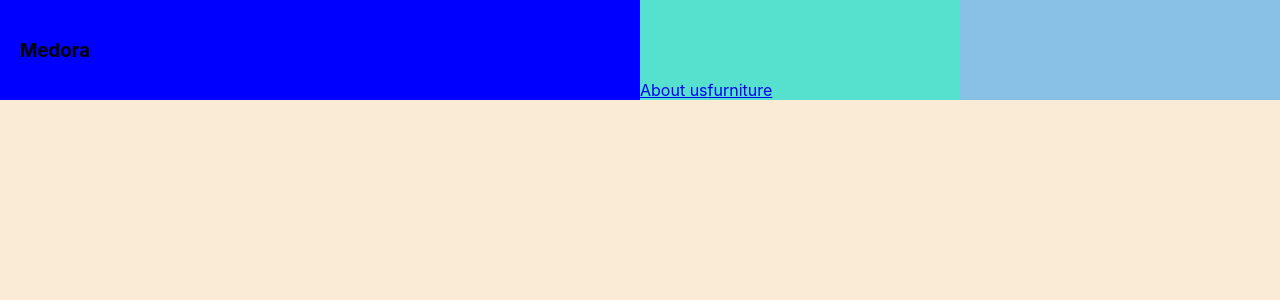
Repository: SbuKhoza/medora
Page: /
The author's editor kept a copy of each file at every save. The page is drawn from the files as they stood at one save, then again after the next save.
The browser window is 1280 px wide. The pictures show the whole page.
The project was rebuilt for these pictures with package versions that can differ from the ones it lists, and the page was loaded fresh each time.

Above is the page before, as saved 2024-07-09 13:59:42.

### src/App.js

import './App.css';

function App() {
  return (

   <div className='container'>


    <div className='navleft'>

      <div className='icondiv'>
      <h3 className='icon'>Medora</h3>
      </div>


    </div>

    <div className='navcenter'>
      <div className='menucenter'>
      <a href='#'>About us</a>
      <a href='#'>furniture</a>
      </div>


    </div>

    <div className='navright'>

    </div>

  </div>
  );
}

export default App;

### src/App.css
body {
  background-color: antiquewhite;
}

.container {
  display: flex;
  height: 100vh;

}

.navleft {
  display: flex;
  width: 50%;
  height:100px;
  background-color: blue;
}

.navcenter {
  display: flex;
  width: 25%;
  height:100px;
  background-color: rgb(86, 224, 206);
}

.navright {
  display: flex;
  width: 25%;
  height:100px;
  background-color: rgb(137, 193, 230);
}

.icondiv {
  width: 40px;
  height: 40px;
  margin: 20px;

}

.menucenter {
  display: flex;
  flex-direction: row;
  align-items: end;
  text-align: center;
  justify-content: baseline;


}

Loaded but not shown: public/index.html (common file); src/index.js (common file); src/index.css (common file); src/reportWebVitals.js (common file)

After the next save:
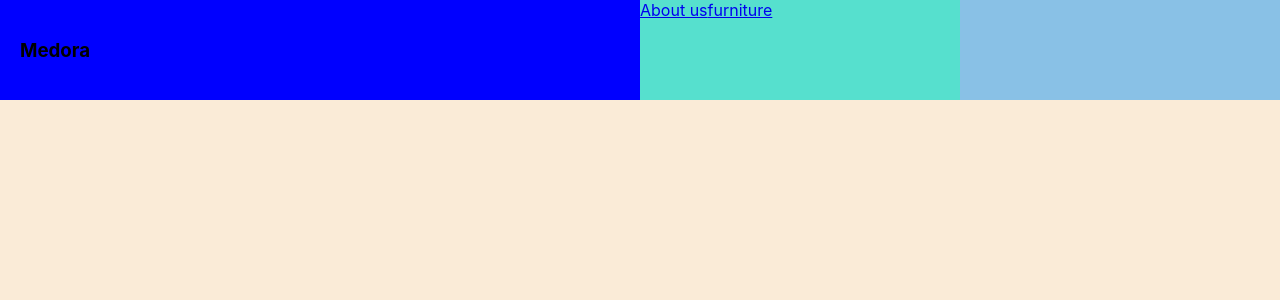
Saved 21 s later.
--- a/src/App.css
+++ b/src/App.css
@@ -39,7 +39,6 @@ body {
 .menucenter {
   display: flex;
   flex-direction: row;
-  align-items: end;
   text-align: center;
   justify-content: baseline;
 
